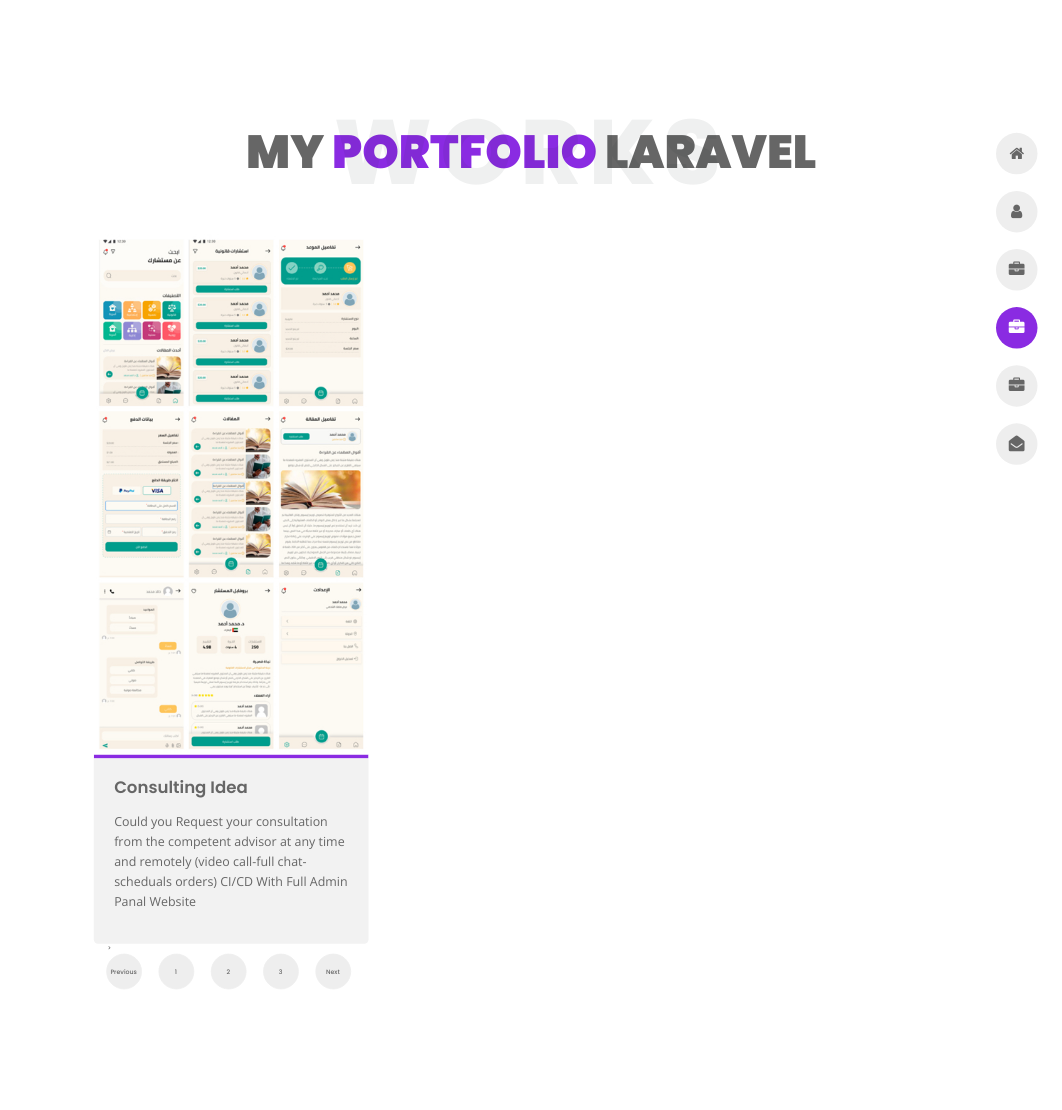
Repository: mhamdimno/mywebsite
Page: portfolioLaravel.html
An editor plug-in stored every save of this project. The page is shown before and after the next save, followed by the edit.
The browser window is 1280 px wide. The pictures show the whole page, at 83% of full size.

Above is the page before, as saved 2023-06-03 17:34:21.

### portfolioLaravel.html
<!DOCTYPE html>
<html lang="en">

<head>
    <meta charset="utf-8">
    <title>Portfolio - Personal Portfolio</title>
    <meta name="viewport" content="width=device-width, initial-scale=1">

    <!-- Template Google Fonts -->
    <link href="https://fonts.googleapis.com/css?family=Poppins:400,400i,500,500i,600,600i,700,700i,800,800i,900,900i" rel="stylesheet">
    <link href="https://fonts.googleapis.com/css?family=Open+Sans:300,400,400i,600,600i,700" rel="stylesheet">

    <!-- Template CSS Files -->
    <link href="css/bootstrap.min.css" rel="stylesheet">
    <link href="css/preloader.min.css" rel="stylesheet">
    <link href="css/circle.css" rel="stylesheet">
    <link href="css/font-awesome.min.css" rel="stylesheet">
    <link href="css/fm.revealator.jquery.min.css" rel="stylesheet">
    <link href="css/style.css" rel="stylesheet">



    <!-- Modernizr JS File -->
    <script src="js/modernizr.custom.js"></script>
</head>

<body class="portfolio light blog">

<!-- Header Starts -->
<header class="header" id="navbar-collapse-toggle">
    <!-- Fixed Navigation Starts -->
    <ul class="icon-menu d-none d-lg-block revealator-slideup revealator-once revealator-delay1">
        <li class="icon-box">
            <i class="fa fa-home"></i>
            <a href="index.html">
                <h2>Home</h2>
            </a>
        </li>
        <li class="icon-box">
            <i class="fa fa-user"></i>
            <a href="about.html">
                <h2>About</h2>
            </a>
        </li>
        <li class="icon-box">
            <i class="fa fa-briefcase"></i>
            <a href="portfolioIOS.html">
                <h2>IOS</h2>
            </a>
        </li>
        <li class="icon-box active">
            <i class="fa fa-briefcase"></i>
            <a href="portfolioFlutter.html">
                <h2>Flutter</h2>
            </a>
        </li>
        <li class="icon-box">
            <i class="fa fa-briefcase"></i>
            <a href="portfolioLaravel.html">
                <h2>Laravel</h2>
            </a>
        </li>

        <li clas
        <li class="icon-box">
            <i class="fa fa-envelope-open"></i>
            <a href="contact.html">
                <h2>Contact</h2>
            </a>
        </li>

    </ul>
    <!-- Fixed Navigation Ends -->
    <!-- Mobile Menu Starts -->
    <nav role="navigation" class="d-block d-lg-none">
        <div id="menuToggle">
            <input type="checkbox" />
            <span></span>
            <span></span>
            <span></span>
            <ul class="list-unstyled" id="menu">
                <li><a href="index.html"><i class="fa fa-home"></i><span>Home</span></a></li>
                <li><a href="about.html"><i class="fa fa-user"></i><span>About</span></a></li>
                <li><a href="portfolioIOS.html"><i class="fa fa-folder-open"></i><span>IOS</span></a></li>
                <li><a href="portfolioFlutter.html"><i class="fa fa-folder-open"></i><span>Flutter</span></a></li>
                <li><a href="portfolioLaravel.html"><i class="fa fa-folder-open"></i><span>Laravel</span></a></li>
                <li><a href="contact.html"><i class="fa fa-envelope-open"></i><span>Contact</span></a></li>
            </ul>
        </div>
    </nav>
    <!-- Mobile Menu Ends -->
</header>
<!-- Header Ends -->
<!-- Page Title Starts -->

<section class="main-content revealator-slideup revealator-once revealator-delay1">
    <div class="container">





</section>
<!-- Page Title Ends -->
<section class="title-section text-left text-sm-center revealator-slideup revealator-once revealator-delay1">
    <h1>my <span>portfolio</span> Laravel <span></span></h1>
    <span class="title-bg">works</span>
</section>
<!-- Page Title Ends -->

<!-- Main Content Starts -->
<section class="main-content revealator-slideup revealator-once revealator-delay1">
    <div class="container">
        <!-- Articles Starts -->
        <div class="row">
  <!-- Article Starts -->

  <div class="col-12 col-md-6 col-lg-6 col-xl-4 mb-30">
    <article class="post-container">
        <div class="post-thumb">
            <a href="projects/consulting_idea/index.html" class="d-block position-relative overflow-hidden">
                <img src="img/projects/consulting_idea.jpg" class="img-fluid" alt="consulting_idea">
            </a>
        </div>
        <div class="post-content">
            <div class="entry-header">
                <h3><a href="projects/consulting_idea/index.html">Consulting Idea</a></h3>
            </div>
            <div class="entry-content open-sans-font">
                <p>Could you
                    Request your consultation
                    from the competent advisor
                    at any time and remotely
                    (video call-full chat-scheduals orders) CI/CD With Full Admin Panal Website</p>
            </p>
            </div>
        </div>
    </article>


    <div class="col-12 col-md-6 col-lg-6 col-xl-4 mb-30" style="font-size: .5em;">&nbsp;>
        <nav aria-label="Page navigation example">
    <ul class="pagination">
      <li class="page-item"><a class="page-link" href="#">Previous</a></li>
      <li class="page-item"><a class="page-link" href="#">1</a></li>
      <li class="page-item"><a class="page-link" href="#">2</a></li>
      <li class="page-item"><a class="page-link" href="#">3</a></li>
      <li class="page-item"><a class="page-link" href="#">Next</a></li>
    </ul>
  </nav>


    </div>
<!-- Main Content Ends -->
</section>

<!-- Template JS Files -->
<script src="js/jquery-3.5.0.min.js"></script>
<script src="js/styleswitcher.js"></script>
<script src="js/preloader.min.js"></script>
<script src="js/fm.revealator.jquery.min.js"></script>
<script src="js/imagesloaded.pkgd.min.js"></script>
<script src="js/masonry.pkgd.min.js"></script>
<script src="js/classie.js"></script>
<script src="js/cbpGridGallery.js"></script>
<script src="js/jquery.hoverdir.js"></script>
<script src="js/popper.min.js"></script>
<script src="js/bootstrap.js"></script>
<script src="js/custom.js"></script>

</body>

</html>

Loaded but not shown: css/bootstrap.min.css (library); css/preloader.min.css (common file); css/font-awesome.min.css (library); css/fm.revealator.jquery.min.css (common file); js/modernizr.custom.js (library); js/jquery-3.5.0.min.js (library); js/preloader.min.js (common file); js/fm.revealator.jquery.min.js (common file); js/imagesloaded.pkgd.min.js (library); js/masonry.pkgd.min.js (library); js/jquery.hoverdir.js (library); js/popper.min.js (library); js/bootstrap.js (library); js/cbpGridGallery.js (364 lines, source omitted); js/styleswitcher.js (218 lines, source omitted); js/custom.js (142 lines, source omitted); js/classie.js (68 lines, source omitted); css/style.css (1791 lines, source omitted); css/circle.css (1054 lines, source omitted)

After the next save:
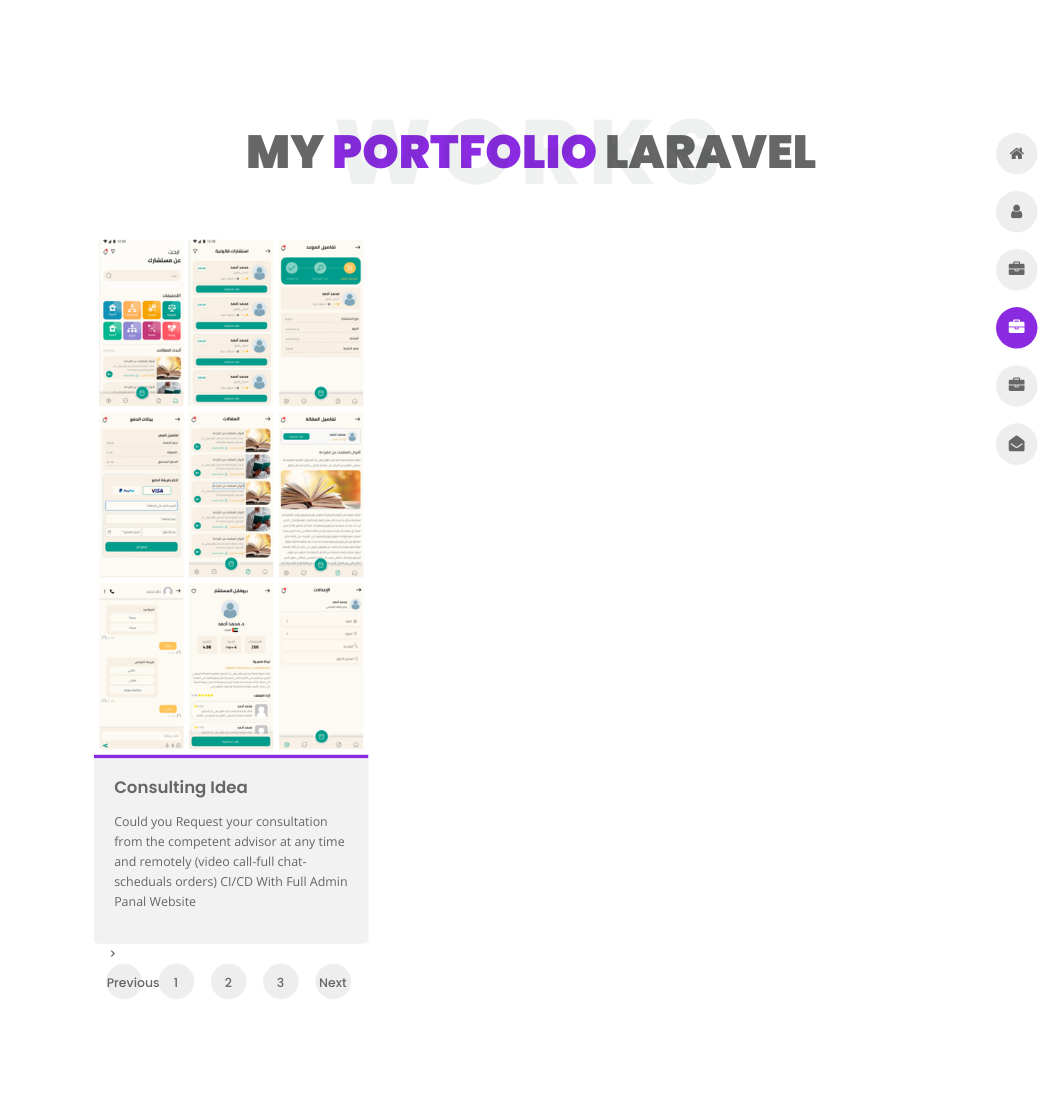
Saved 19 s later.
--- a/portfolioLaravel.html
+++ b/portfolioLaravel.html
@@ -138,7 +138,7 @@
     </article>
 
 
-    <div class="col-12 col-md-6 col-lg-6 col-xl-4 mb-30" style="font-size: .5em;">&nbsp;>
+    <div class="col-12 col-md-6 col-lg-6 col-xl-4 mb-30" style=>&nbsp;>
         <nav aria-label="Page navigation example">
     <ul class="pagination">
       <li class="page-item"><a class="page-link" href="#">Previous</a></li>
